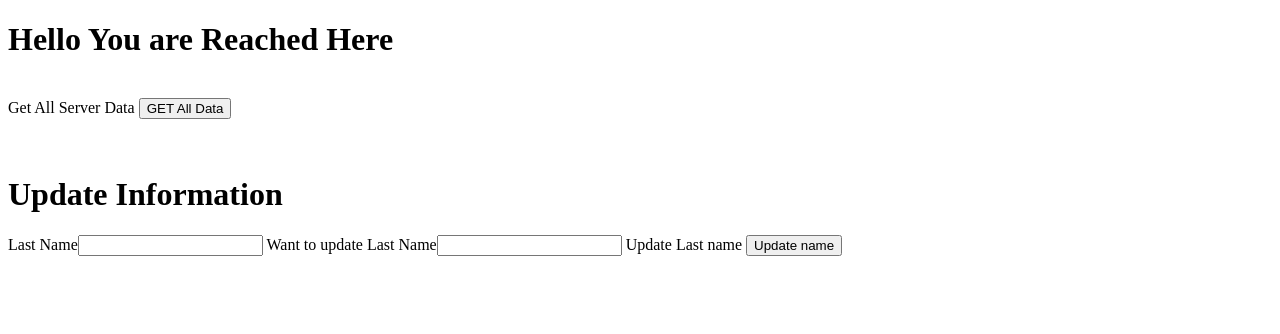
Repository: gadgeswapnil11/Vaulty
Page: http://localhost/ServeletCRUDOprations/Success.jsp
An editor plug-in stored every save of this project. The page is shown before and after the next save, followed by the edit.
The browser window is 1280 px wide. The pictures show the whole page.
The page is served by Tomcat 9.

Above is the page before, as saved 2023-12-20 12:32:20.

After the next save:
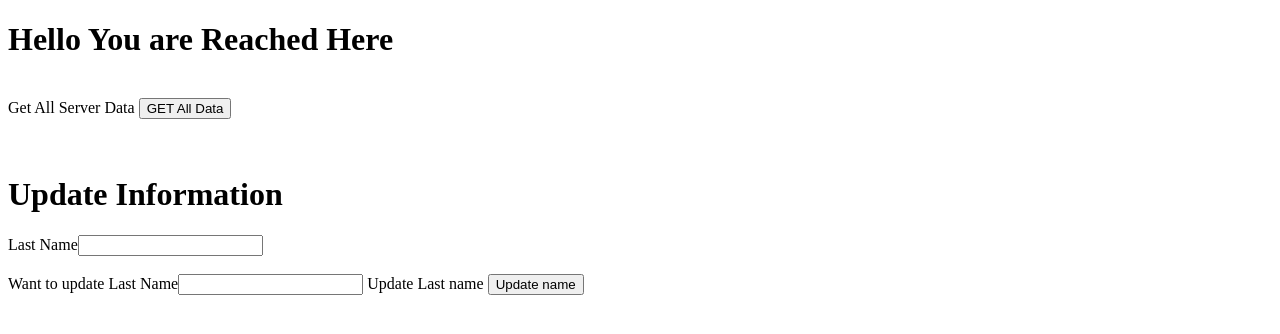
Saved 34 s later.
--- a/ServeletCRUDOprations/src/main/webapp/Success.jsp
+++ b/ServeletCRUDOprations/src/main/webapp/Success.jsp
@@ -21,7 +21,7 @@
 
 	<form action="update">
 
-	Last Name<input type = "text" name ="lastName">
+	Last Name<input type = "text" name ="lastName"><br><br>
 	Want to update  Last Name<input type = "text" name ="lastName1">
 
 		Update Last name <input type="Submit" value="Update name">
